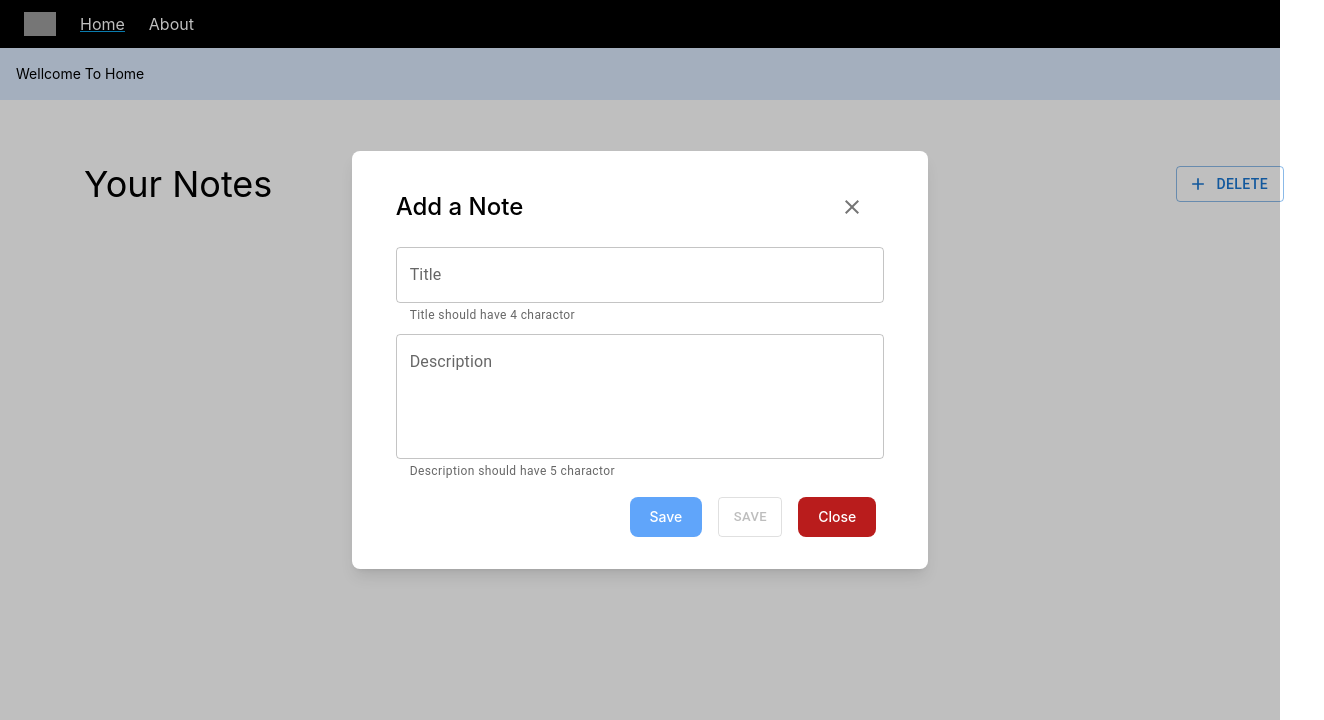
Repository: sonawaneteju4/iNote
Page: /, after clicking the first element matching `button.MuiButtonBase-root`
These files come from the project's save history. The page is drawn as it stood at one moment and after the next save; the edit follows.
The browser window is 1280 px wide. The page is 1324 px wide, so the pictures cover 1324 px, including what lies to the right of the window. The pictures show the whole page.
Pictures or frames that could not be fetched are drawn as grey boxes. The page's requests for data from a server got no answer. Some web libraries are served in a nearby version. The project was rebuilt for these pictures with package versions that can differ from the ones it lists, and the page was loaded fresh each time. No one was signed in, and anything a server would have sent is missing. Also part of the build but not shown: src/App.css, src/components/NoteCard.js, src/components/About.js.

Above is the page before, as saved 2022-10-12 00:57:31.

After the next save:
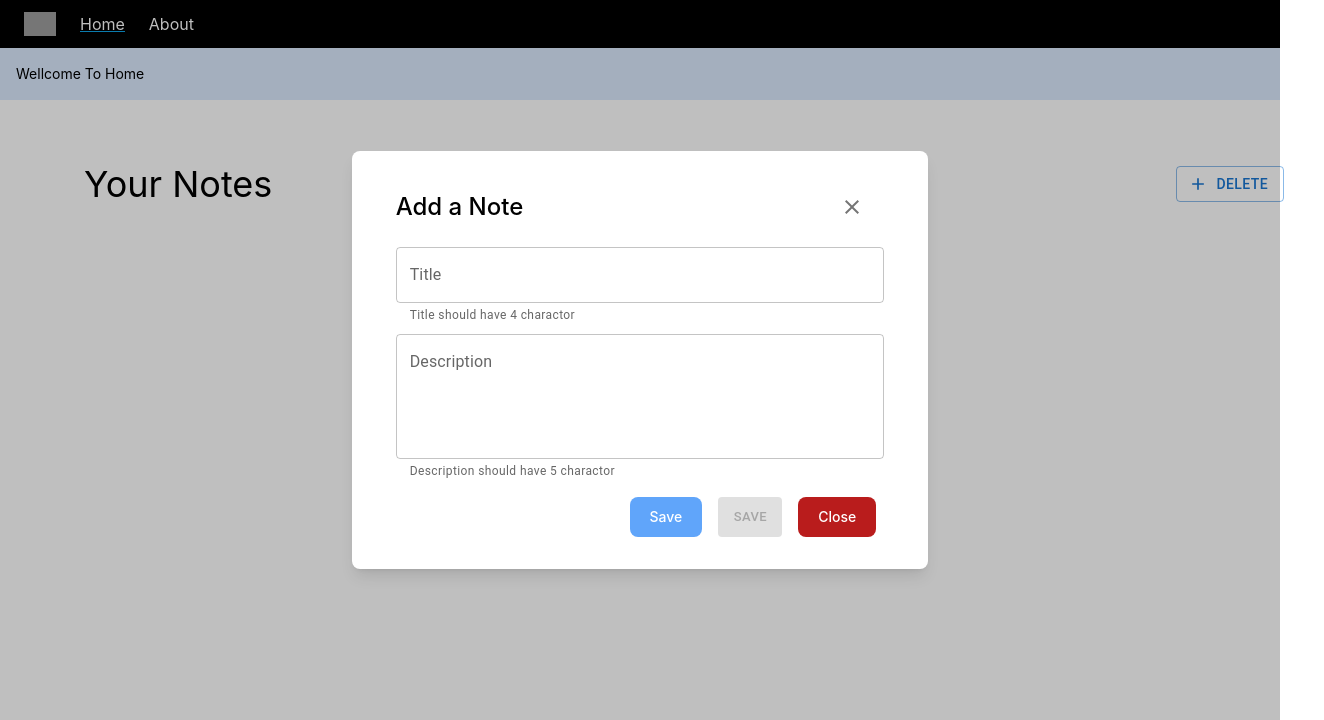
Saved 98 s later.
--- a/src/components/NoteModal.js
+++ b/src/components/NoteModal.js
@@ -99,7 +99,7 @@ const AddNote = ({ closeModal, noteForUpdate, forUpdate }) => {
                         >
                           {forUpdate ? "Update" : "Save"}
                         </button>
-                        <Button variant="outlined" size="small" onClick={handleClick}
+                        <Button variant="contained" size="small" onClick={handleClick}
                           type="submit"
                           disabled={
                             note.title.length < 4 || note.description.length < 5
